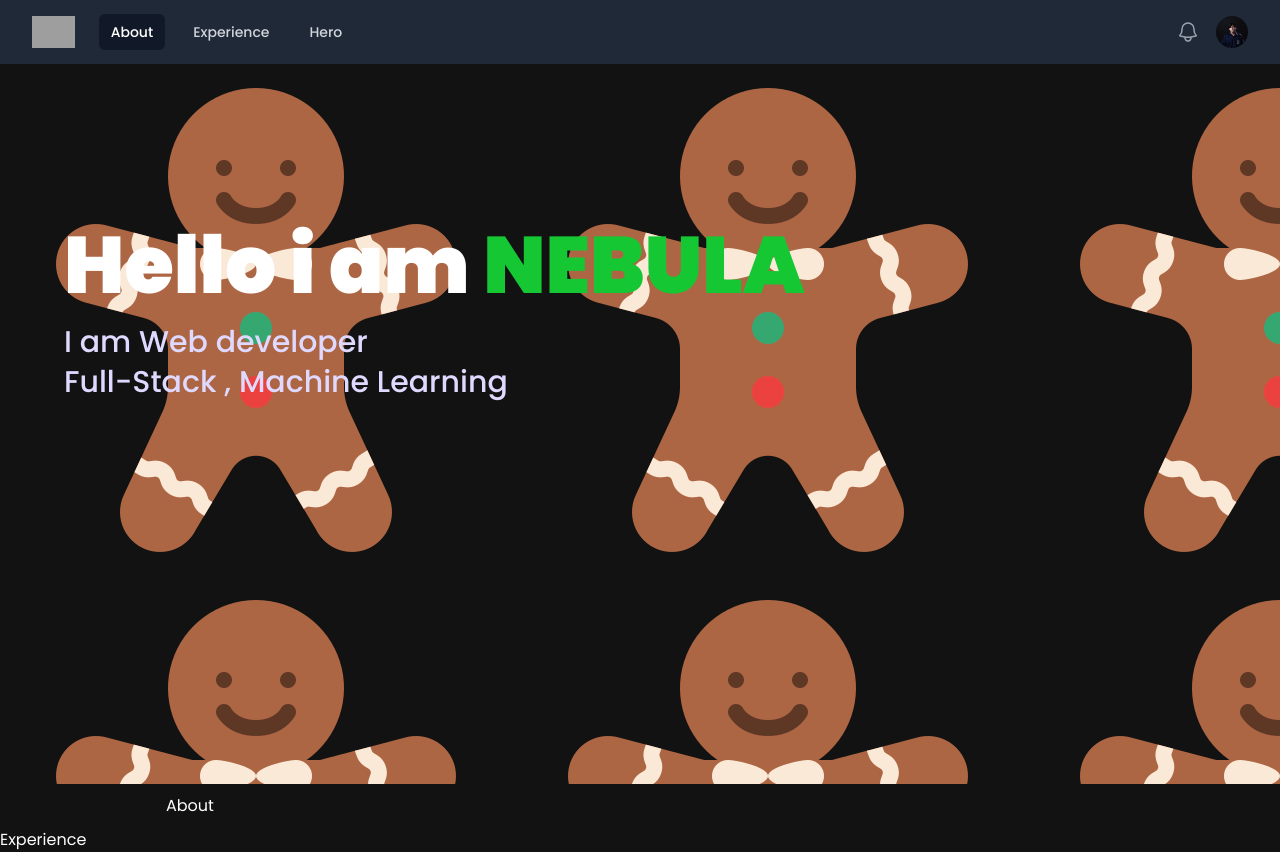
Repository: supakorn5039-boon/React-f
Page: /
These files come from the project's save history. The page is drawn as it stood at one moment and after a run of saves; the edit follows.
The browser window is 1280 px wide. The pictures show the whole page.
Pictures or frames that could not be fetched are drawn as grey boxes. The project was rebuilt for these pictures with package versions that can differ from the ones it lists, and the page was loaded fresh each time. Also part of the build but not shown: vite.config.js.

Above is the page before, as saved 2024-01-09 15:12:40.

After the next 3 saves:
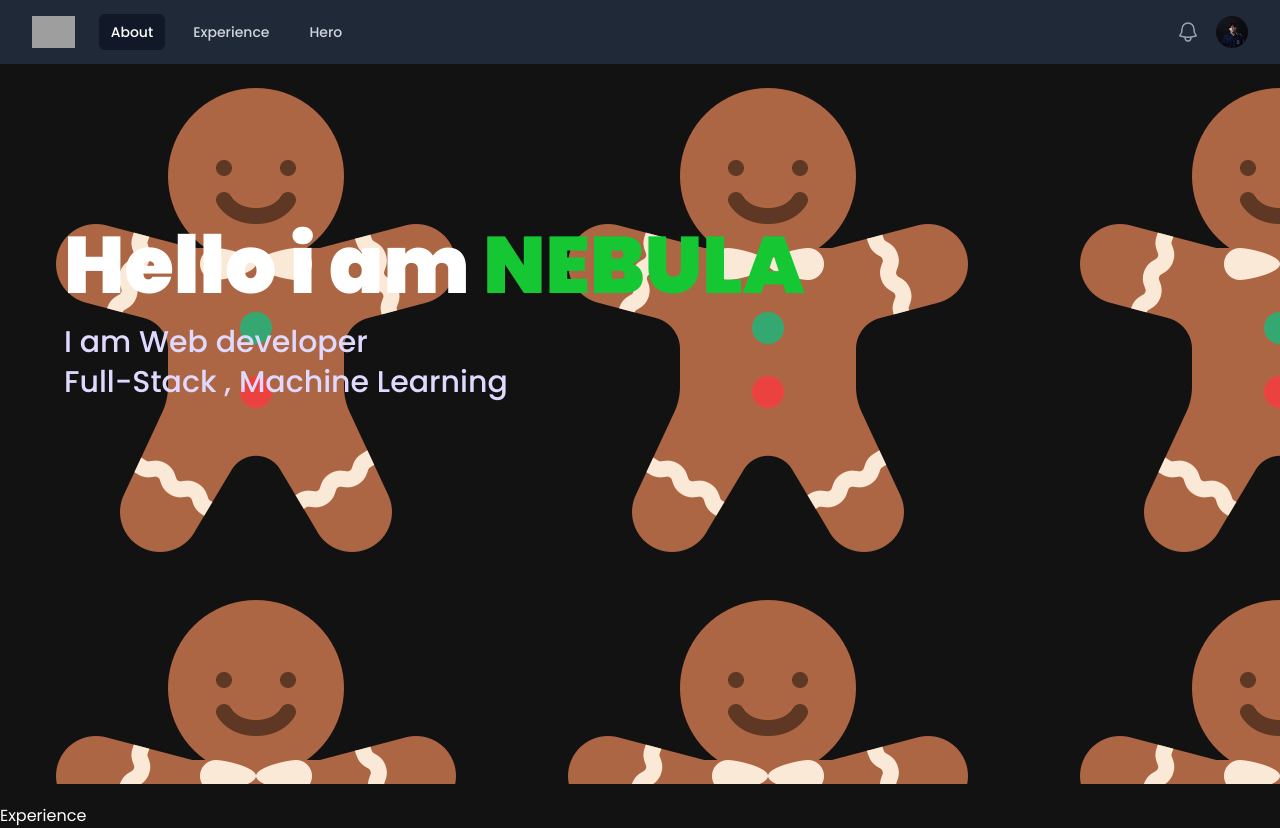
The 3 saves are shown as one change because they came seconds apart.
The last was saved 64 min 15 s later.
--- a/src/components/About.jsx
+++ b/src/components/About.jsx
@@ -1,5 +1,8 @@
 const About = () => {
-  return <div className="about-head">About</div>;
+  return <div className="about-head">
+
+
+  </div>;
 };
 
 export default About;
